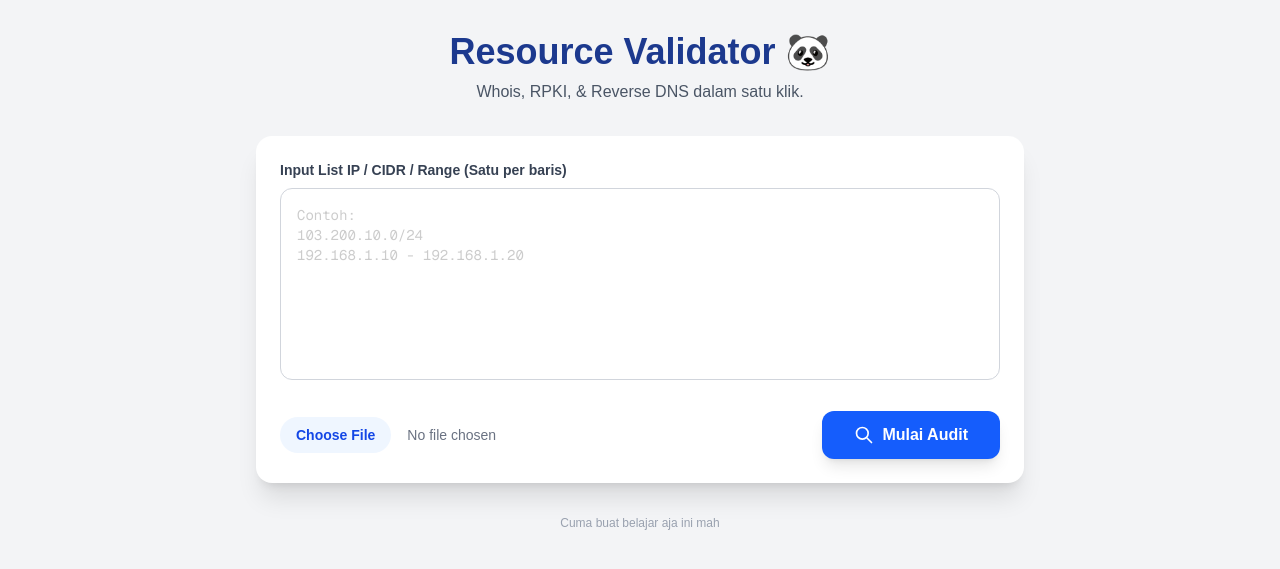
Repository: KilluaProject/resource_validator
Page: /
An editor plug-in stored every save of this project. The page is shown before and after the next save, followed by the edit.
The browser window is 1280 px wide. The pictures show the whole page.
The project was rebuilt for these pictures with package versions that can differ from the ones it lists, and the page was loaded fresh each time. The framework's server and built-in components were replaced by stand-ins that run in the browser. Also part of the build but not shown: next.config.ts, components/ResultModal.tsx.

Above is the page before, as saved 2026-01-07 23:07:17.

After the next save:
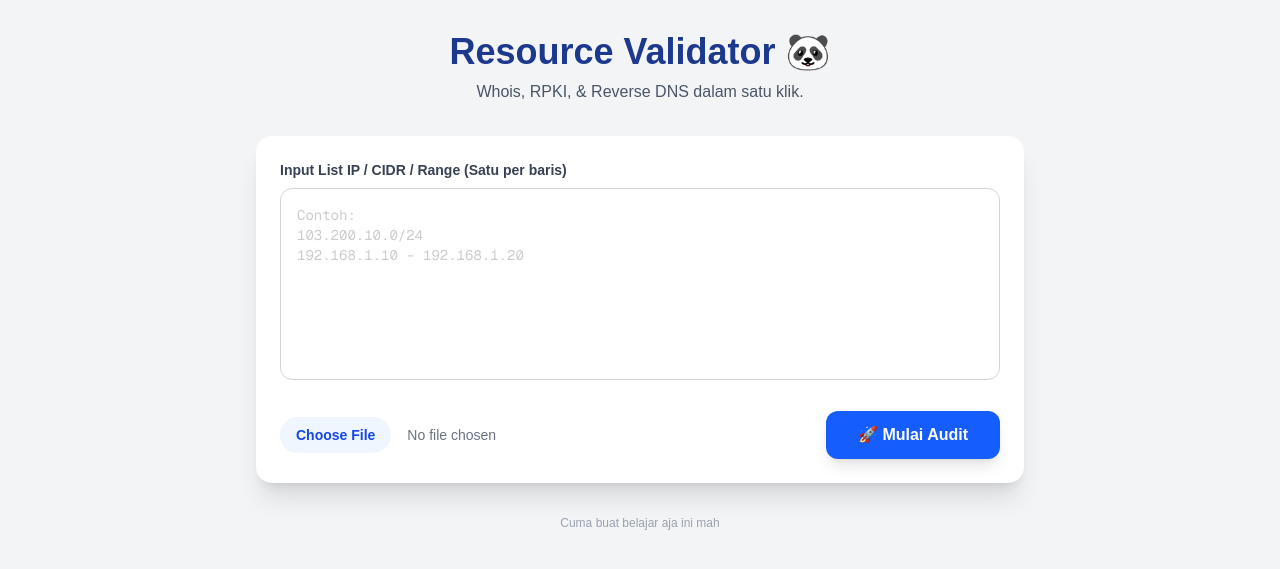
Saved 4 min 11 s later.
--- a/app/page.tsx
+++ b/app/page.tsx
@@ -118,10 +118,7 @@ export default function Home() {
               </>
             ) : (
               <>
-                <svg xmlns="http://www.w3.org/2000/svg" className="h-5 w-5" fill="none" viewBox="0 0 24 24" stroke="currentColor">
-                  <path strokeLinecap="round" strokeLinejoin="round" strokeWidth={2} d="M21 21l-6-6m2-5a7 7 0 11-14 0 7 7 0 0114 0z" />
-                </svg>
-                <span>Mulai Audit</span>
+                <span>🚀 Mulai Audit</span>
               </>
             )}
           </button>
